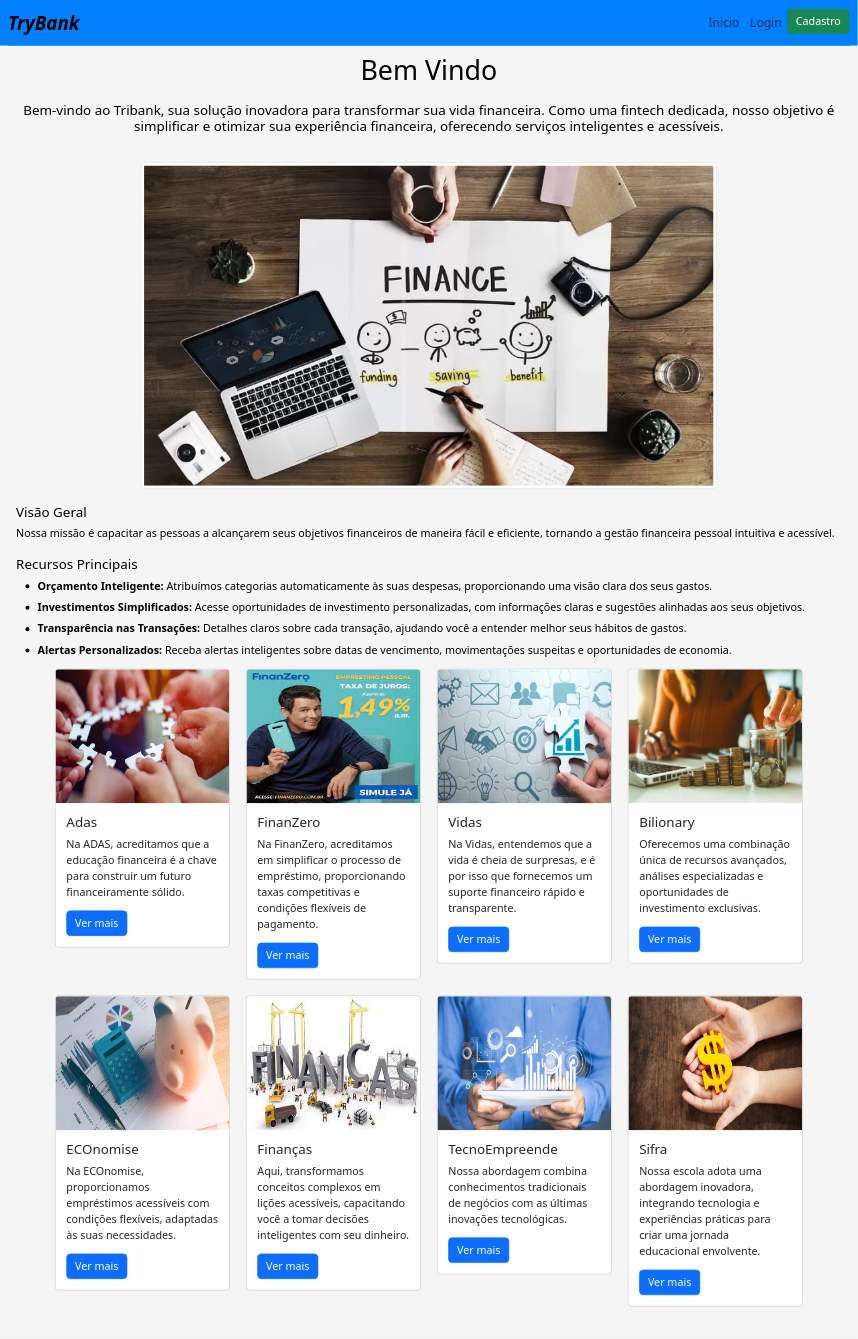
Repository: Rara05/FintechJava-Fiap
Page: http://localhost/Fintech/home.jsp
The author's editor kept a copy of each file at every save. The page is drawn from the files as they stood at one save, then again after the next save.
The browser window is 1280 px wide. The pictures show the whole page, at 67% of full size.
The page is served by Tomcat 10. Other server files are loaded and not shown.

Above is the page before, as saved 2023-11-10 22:58:23.

### Fintech/WebContent/home.jsp
<%@ page language="java" contentType="text/html; charset=ISO-8859-1" pageEncoding="ISO-8859-1"%>
<!DOCTYPE html PUBLIC "-//W3C//DTD HTML 4.01 Transitional//EN" "http://www.w3.org/TR/html4/loose.dtd">
<html>
<head>
    <meta http-equiv="Content-Type" content="text/html; charset=ISO-8859-1">

    <!-- link css -->
    <link rel="stylesheet" type="text/css" href="modelo.css">

    <title>TryBank</title>
    <%@ include file="header.jsp" %>

</head>
<body class="princ">

<%@ include file="menu.jsp" %>

<div class="container-fluid">

    <h1 class="text-center" style="margin-top: 12px;" >Bem Vindo</h1>




    <h5 class="text-center" style="margin-top: 24px; margin-bottom: 20px;">

      Bem-vindo ao Tribank, sua solução inovadora para transformar sua vida financeira.
      Como uma fintech dedicada, nosso objetivo é simplificar e otimizar sua experiência financeira, oferecendo serviços inteligentes e acessíveis.

    </h5>

    <p class="text-center">
        <img src="./img/Taunb.png" class="img-fluid img-thumbnail" style="margin-top: 22px;">
    </p>




<div class="container-fluid" >

      	<h5 style="margin-top: 22px; ">Visão Geral</h5>

      <p>

      Nossa missão é capacitar as pessoas a alcançarem seus objetivos financeiros de maneira fácil e eficiente,
      tornando a gestão financeira pessoal intuitiva e acessível.

      </p>



		<h5 style="margin-top: 22px; ">Recursos Principais</h5>
    <ul>
        <li style="margin-top: 8px;"><strong>Orçamento Inteligente:</strong> Atribuímos categorias automaticamente às suas despesas, proporcionando uma visão clara dos seus gastos.</li>
        <li style="margin-top: 8px;"><strong>Investimentos Simplificados:</strong> Acesse oportunidades de investimento personalizadas, com informações claras e sugestões alinhadas aos seus objetivos.</li>
        <li style="margin-top: 8px;"><strong>Transparência nas Transações:</strong> Detalhes claros sobre cada transação, ajudando você a entender melhor seus hábitos de gastos.</li>
        <li style="margin-top: 8px;"><strong>Alertas Personalizados:</strong> Receba alertas inteligentes sobre datas de vencimento, movimentações suspeitas e oportunidades de economia.</li>
    </ul>

</div>



<!-- cards propagandas  -->

<div class="container" style="margin-top: 12px; margin-bottom: 24px;">
    <div class="row justify-content-center">
        <div class="col-sm-12 col-md-6 col-lg-4 col-xl-3"style= "margin-bottom: 24px">
            <div class="card">
                <img src="./img/adas.png" class="card-img-top" alt="..." style="width: 100%; height: 200px;">
                <div class="card-body">
                    <h5 class="card-title">Adas</h5>
                    <p class="card-text">Na ADAS, acreditamos que a educação financeira é a chave para construir um futuro financeiramente sólido.</p>
                    <a href="#" class="btn btn-primary">Ver mais</a>
                </div>
            </div>
        </div>

        <div class="col-sm-12 col-md-6 col-lg-4 col-xl-3"style= "margin-bottom: 24px">
            <div class="card">
                <img src="./img/selso.png" class="card-img-top" alt="..." style="width: 100%; height: 200px;">
                <div class="card-body">
                    <h5 class="card-title">FinanZero</h5>
                    <p class="card-text">Na FinanZero, acreditamos em simplificar o processo de empréstimo, proporcionando taxas competitivas e condições flexíveis de pagamento.</p>
                    <a href="#" class="btn btn-primary">Ver mais</a>
                </div>
            </div>
        </div>

        <div class="col-sm-12 col-md-6 col-lg-4 col-xl-3"style= "margin-bottom: 24px">
            <div class="card">
                <img src="./img/vidas.png" class="card-img-top" alt="..." style="width: 100%; height: 200px;">
                <div class="card-body">
                    <h5 class="card-title">Vidas</h5>
                    <p class="card-text">Na Vidas, entendemos que a vida é cheia de surpresas, e é por isso que fornecemos um suporte financeiro rápido e transparente.</p>
                    <a href="#" class="btn btn-primary">Ver mais</a>
                </div>
            </div>
        </div>

        <div class="col-sm-12 col-md-6 col-lg-4 col-xl-3"style= "margin-bottom: 24px">
            <div class="card">
                <img src="./img/Bilionary.png" class="card-img-top" alt="..." style="width: 100%; height: 200px;">
                <div class="card-body">
                    <h5 class="card-title">Bilionary</h5>
                    <p class="card-text">Oferecemos uma combinação única de recursos avançados, análises especializadas e oportunidades de investimento exclusivas. </p>
                    <a href="#" class="btn btn-primary">Ver mais</a>
                </div>
            </div>
        </div>
        <div class="col-sm-12 col-md-6 col-lg-4 col-xl-3"style= "margin-bottom: 24px">
            <div class="card">
                <img src="./img/ECOnomise.png" class="card-img-top" alt="..." style="width: 100%; height: 200px;">
                <div class="card-body">
                    <h5 class="card-title">ECOnomise</h5>
                    <p class="card-text">Na ECOnomise, proporcionamos empréstimos acessíveis com condições flexíveis, adaptadas às suas necessidades.</p>
                    <a href="#" class="btn btn-primary">Ver mais</a>
                </div>
            </div>
        </div>
        <div class="col-sm-12 col-md-6 col-lg-4 col-xl-3"style= "margin-bottom: 24px">
            <div class="card">
                <img src="./img/Financas.png" class="card-img-top" alt="..." style="width: 100%; height: 200px;">
                <div class="card-body">
                    <h5 class="card-title">Finanças</h5>
                    <p class="card-text">Aqui, transformamos conceitos complexos em lições acessíveis, capacitando você a tomar decisões inteligentes com seu dinheiro.</p>
                    <a href="#" class="btn btn-primary">Ver mais</a>
                </div>
            </div>
        </div>
        <div class="col-sm-12 col-md-6 col-lg-4 col-xl-3"style= "margin-bottom: 24px">
            <div class="card">
                <img src="./img/tecnologia.jpg" class="card-img-top" alt="..." style="width: 100%; height: 200px;">
                <div class="card-body">
                    <h5 class="card-title">TecnoEmpreende</h5>
                    <p class="card-text">Nossa abordagem combina conhecimentos tradicionais de negócios com as últimas inovações tecnológicas.</p>
                    <a href="#" class="btn btn-primary">Ver mais</a>
                </div>
            </div>
        </div>
        <div class="col-sm-12 col-md-6 col-lg-4 col-xl-3"style= "margin-bottom: 24px">
            <div class="card">
                <img src="./img/Sifra.png" class="card-img-top" alt="..." style="width: 100%; height: 200px;">
                <div class="card-body">
                    <h5 class="card-title">Sifra</h5>
                    <p class="card-text">Nossa escola adota uma abordagem inovadora, integrando tecnologia e experiências práticas para criar uma jornada educacional envolvente.</p>
                    <a href="#" class="btn btn-primary">Ver mais</a>
                </div>
            </div>
        </div>
    </div>
</div>

<%@ include file="footer.jsp" %>
</body>
</html>

### Fintech/WebContent/header.jsp
<link rel="stylesheet" type="text/css" href="resources/css/bootstrap.min.css">

### Fintech/WebContent/menu.jsp
<div id="marge" class="container-fluid">
<nav id="navegacao" class="navbar navbar-expand-lg ">

<!--inicio logo -->
      <a id="logo" class="navbar-brand" href="#">TryBank</a>
<!-- Fim da logo   -->

<!-- inicio Nav -->
    <button class="navbar-toggler" type="button" data-bs-toggle="collapse" data-bs-target="#navbarTogglerDemo01" aria-controls="navbarTogglerDemo01" aria-expanded="false" aria-label="Toggle navigation">
      <span class="navbar-toggler-icon"></span>
    </button>
    <div class="collapse navbar-collapse" id="navbarTogglerDemo01">
      <ul class="navbar-nav me-auto mb-2 mb-lg-0">

      </ul>
      <div  class="d-flex">
        <ul class="navbar-nav me-auto mb-2 mb-lg-0">
        <li class="nav-item">
          <a class="nav-link" href="#">Inicio</a>
        </li>
        <li class="nav-item">
          <a class="nav-link" href="#">Login</a>
        </li>
        <li class="nav-item">
          <a class="btn btn-success" href="#">Cadastro</a>
        </li>
        </ul>
      </div>
    </div>
</nav>
  </div>
<!-- fim da Nave -->

### Fintech/WebContent/footer.jsp
<script type="text/javascript" src="resources/js/jquery-3.7.1.min.js"></script>
<script type="text/javascript" src="resources/js/bootstrap.min.js"></script>

### Fintech/WebContent/modelo.css
@charset "ISO-8859-1";
/*Estilo do menu*/
#marge{
	background-color: rgb(0, 128, 255);

}


#navegacao {
	background-color: rgb(0, 128, 255);

}

#navbarTogglerDemo01{
	margin-left: 14px ;

}

.nav-item {
	font-size: 18px;
	font-weight: 500;
}

#logo {

    font-size: 28px;
    font-weight: 700;
    font-style: italic;
}



/*Estilo da Home*/
.princ {
	color:rgb(0, 0, 0);
	background-color: rgb(245, 245, 245);
}

.recurso{

	border: 2px dashed #00ff00;

}

Loaded but not shown: Fintech/WebContent/resources/css/bootstrap.min.css (library); Fintech/WebContent/resources/js/jquery-3.7.1.min.js (library); Fintech/WebContent/resources/js/bootstrap.min.js (library)

After the next save:
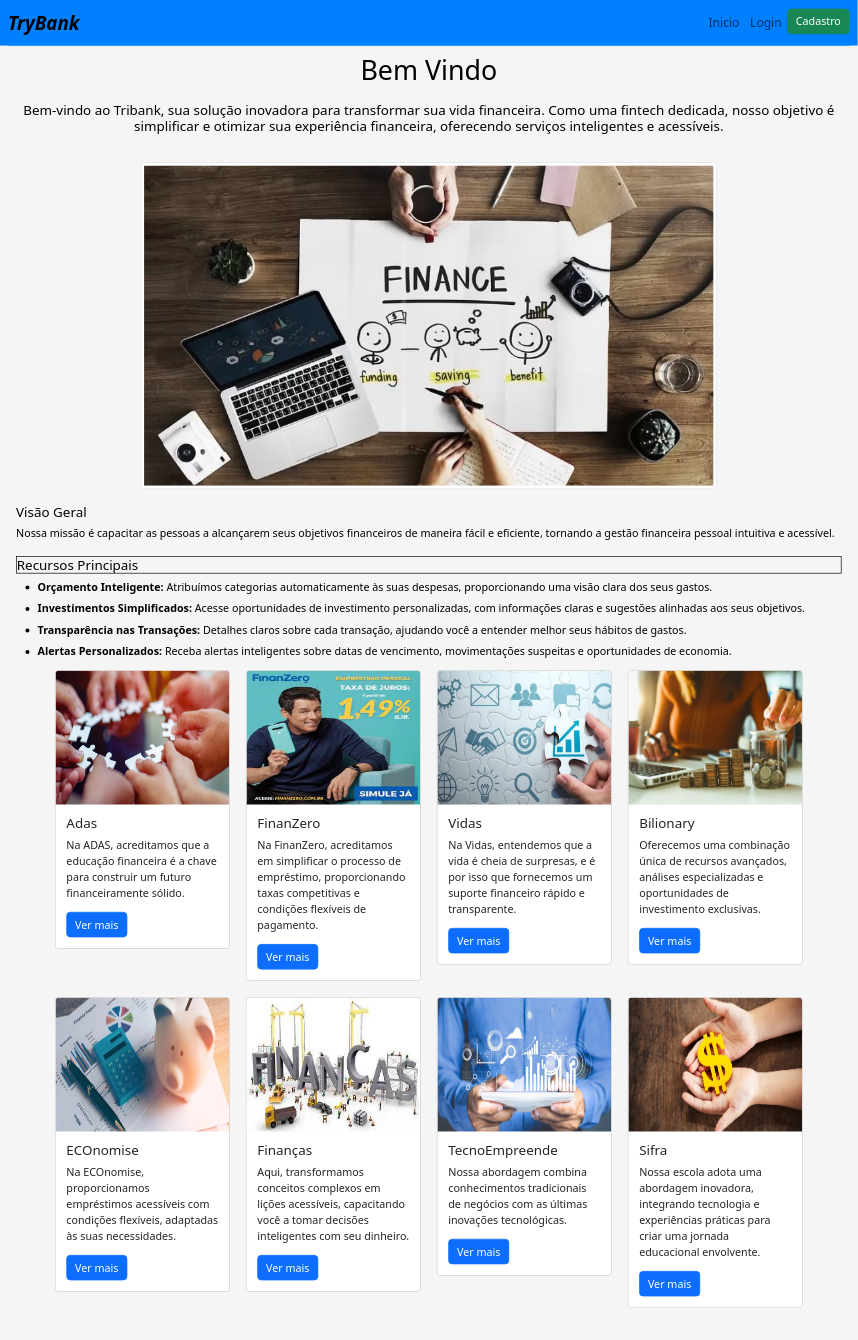
Saved 65 s later.
--- a/Fintech/WebContent/home.jsp
+++ b/Fintech/WebContent/home.jsp
@@ -49,7 +49,7 @@
 
 
 
-		<h5 style="margin-top: 22px; ">Recursos Principais</h5>
+		<h5 class="recurso" style="margin-top: 22px; border: 1px solid #000;">Recursos Principais</h5>
     <ul>
         <li style="margin-top: 8px;"><strong>Orçamento Inteligente:</strong> Atribuímos categorias automaticamente às suas despesas, proporcionando uma visão clara dos seus gastos.</li>
         <li style="margin-top: 8px;"><strong>Investimentos Simplificados:</strong> Acesse oportunidades de investimento personalizadas, com informações claras e sugestões alinhadas aos seus objetivos.</li>
